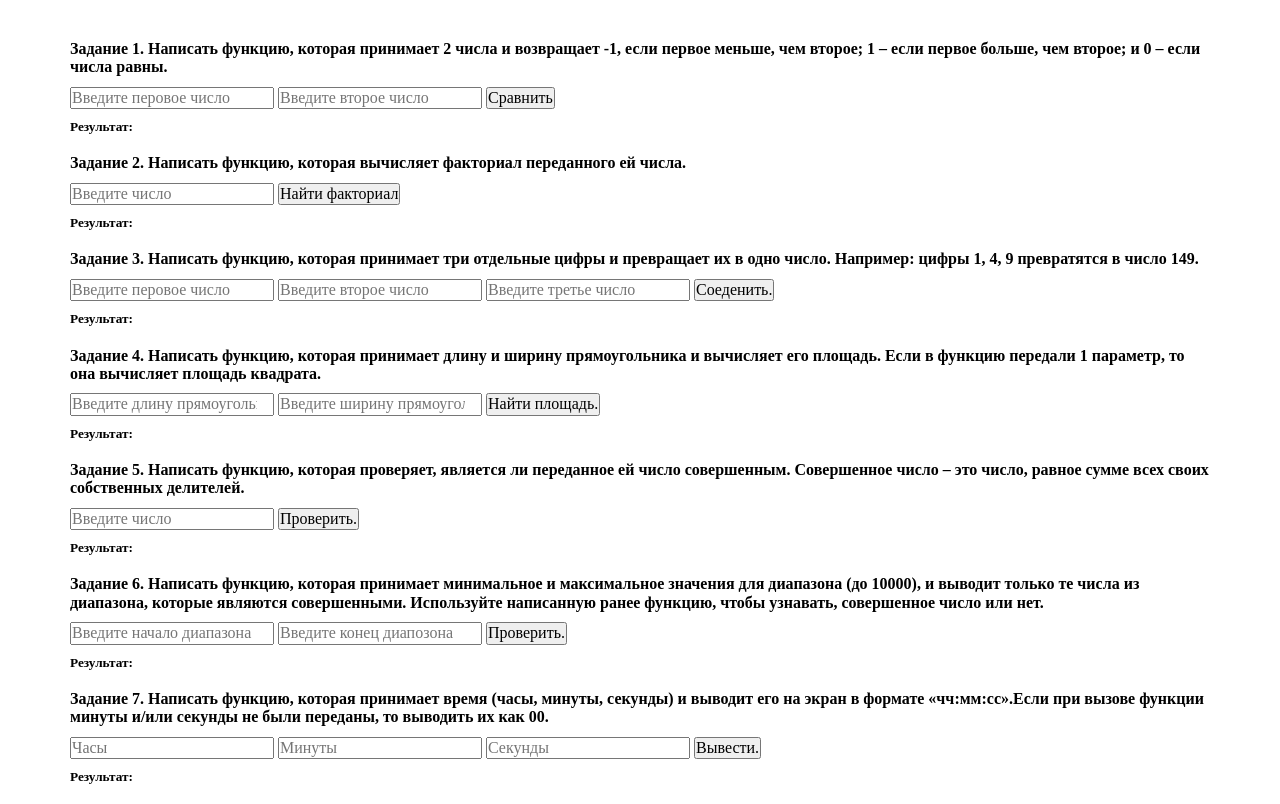
Repository: NastyaGavrilova/Beetroot-js
Page: HW3/index.html
These files come from the project's save history. The page is drawn as it stood at one moment and after the next save; the edit follows.
The browser window is 1280 px wide. The pictures show the whole page.

Above is the page before, as saved 2021-10-18 17:30:52.

After the next save:
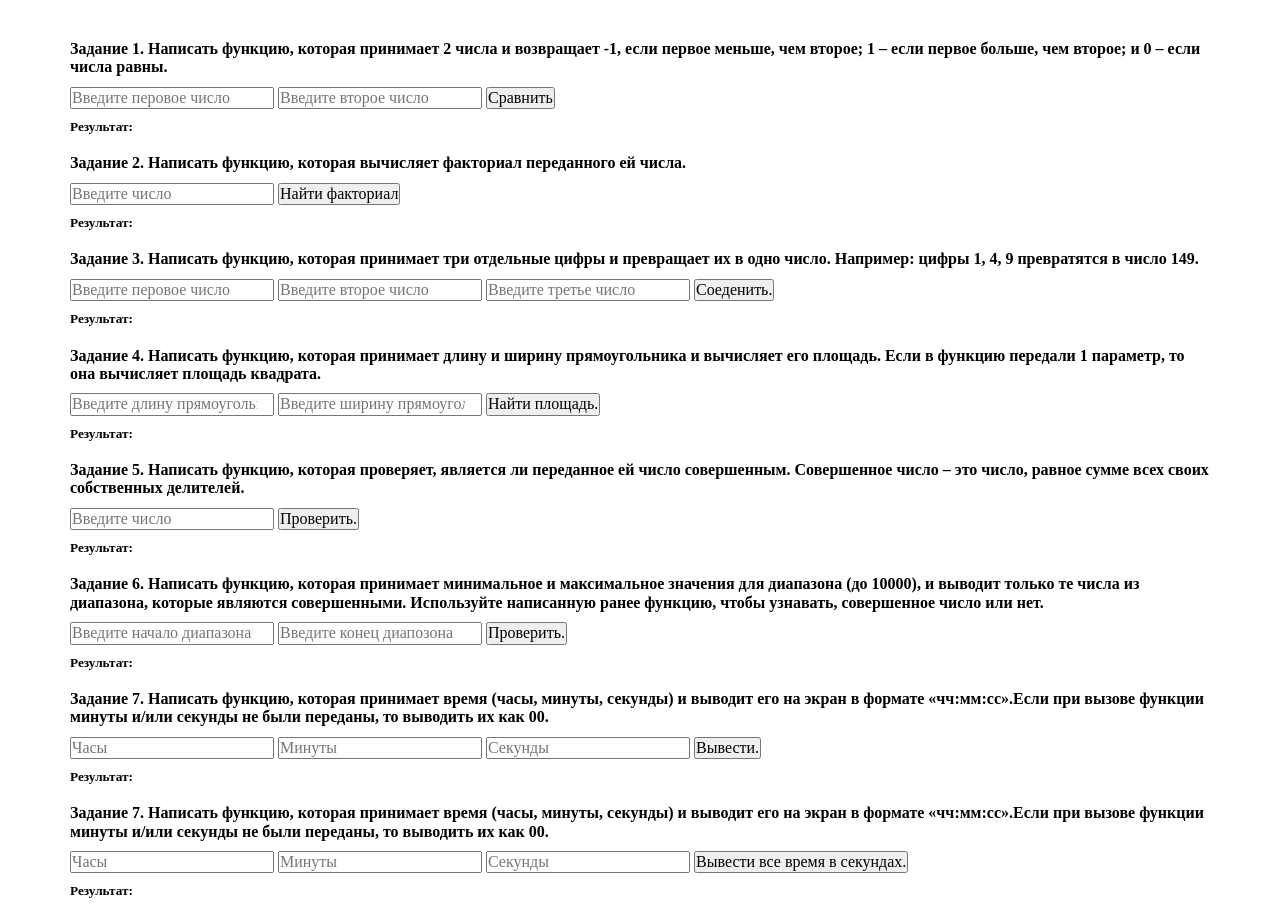
Saved 2 min 41 s later.
--- a/HW3/index.html
+++ b/HW3/index.html
@@ -183,6 +183,26 @@
       </form>
       <h5>Результат: <span id="js-task7-span"></span></h5>
     </section>
+
+    <section class="c-task-eight c-tasks">
+      <h4 class="c-task-eight__title c-title">
+        Задание 7. Написать функцию, которая принимает время (часы, минуты,
+        секунды) и выводит его на экран в формате «чч:мм:сс».Если при вызове
+        функции минуты и/или секунды не были переданы, то выводить их как 00.
+      </h4>
+      <form
+        action="#"
+        method="post"
+        class="c-task-eight__form c-form"
+        id="js-task8-form"
+      >
+        <input type="number" id="js-task8-input1" placeholder="Часы" />
+        <input type="number" id="js-task8-input2" placeholder="Минуты" />
+        <input type="number" id="js-task8-input3" placeholder="Секунды" />
+        <button id="js-task8-btn">Вывести все время в секундах.</button>
+      </form>
+      <h5>Результат: <span id="js-task8-span"></span></h5>
+    </section>
     <script src="./index.js"></script>
   </body>
 </html>
